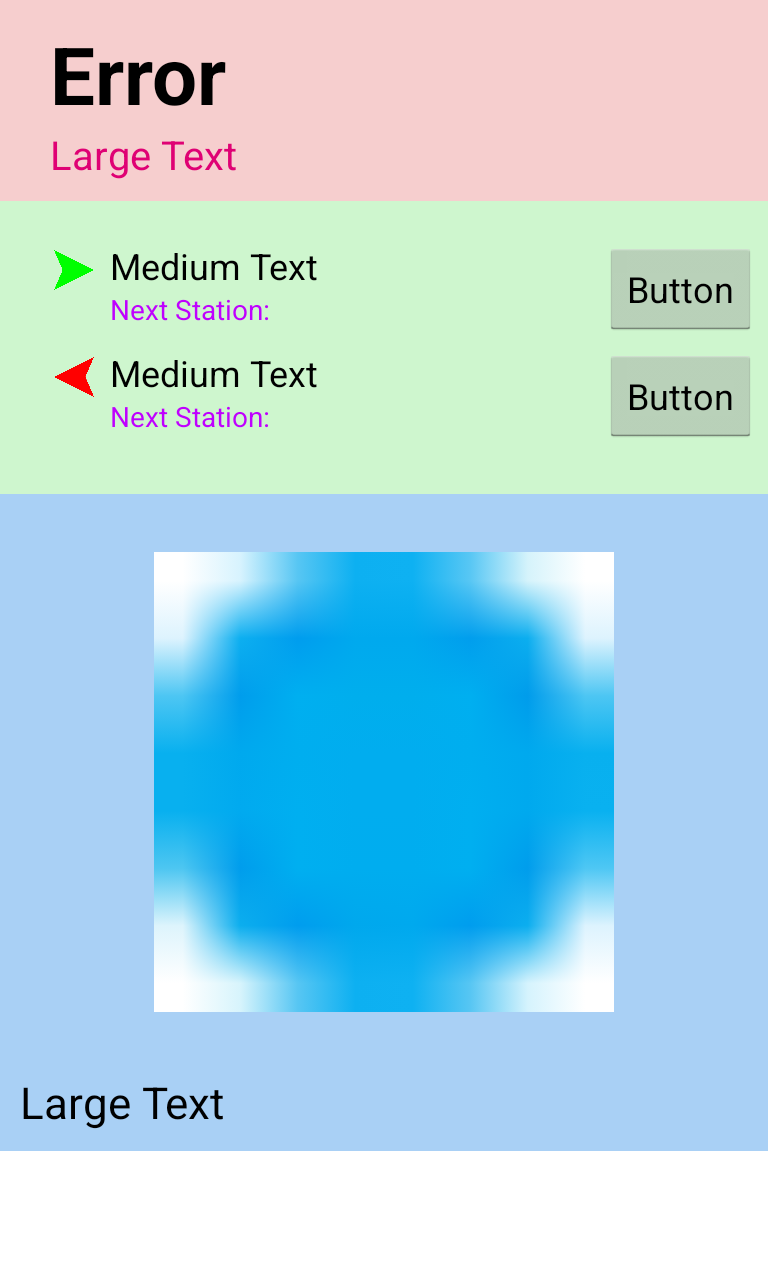
Repository: patheon17/myrepo2
Layout: workspace/UMBusTracking/res/layout/single_list_item_view.xml
These files come from the project's save history. The layout is drawn as it stood at one moment and after the next save; the edit follows.
It is drawn on a 768 x 1280 px phone screen (xhdpi) without system bars, with theme AppTheme; the app's code is not run.

Above is the layout before, as saved 2013-10-03 19:36:58.

After the next save:
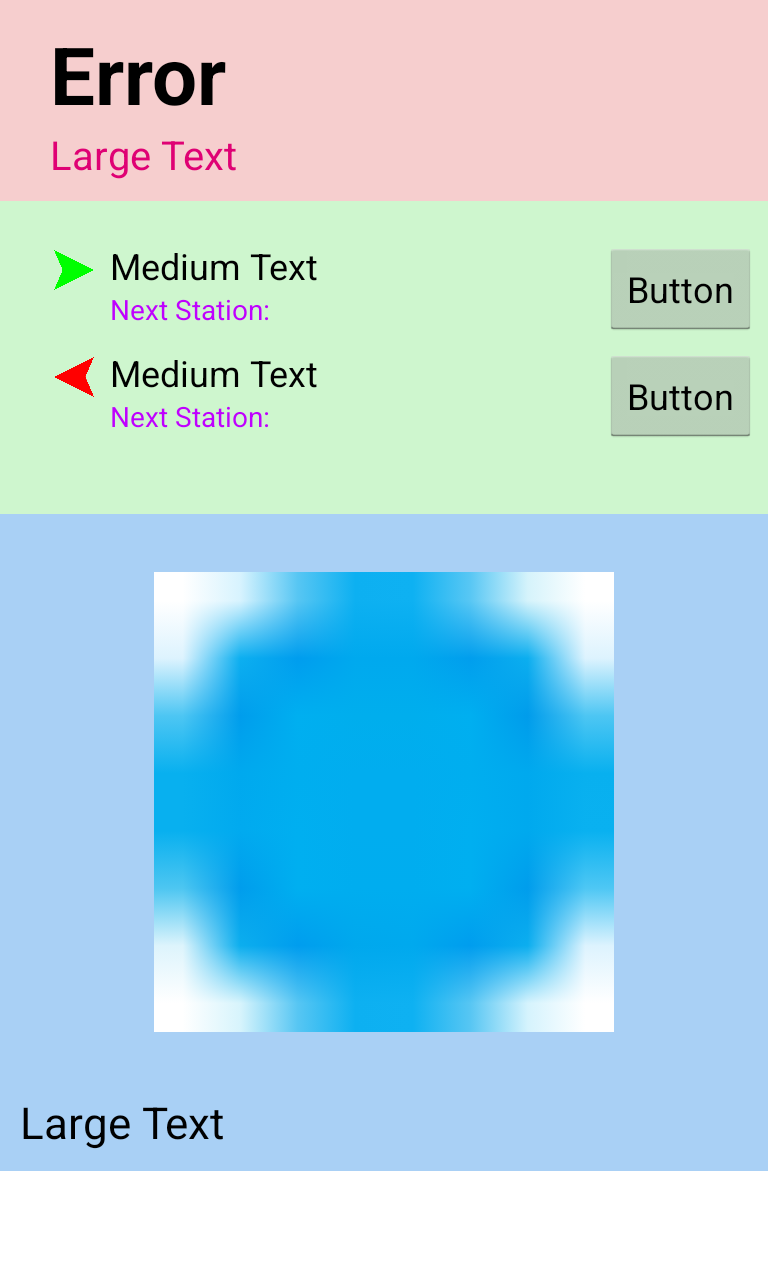
Saved 16 s later.
--- a/workspace/UMBusTracking/res/layout/single_list_item_view.xml
+++ b/workspace/UMBusTracking/res/layout/single_list_item_view.xml
@@ -130,7 +130,7 @@
         android:layout_below="@+id/nextstation"
        android:layout_alignTop="@+id/routeto11"
         android:text="Button"
-        android:layout_marginBottom="20sp"
+        android:layout_marginBottom="30sp"
         />
 
 
